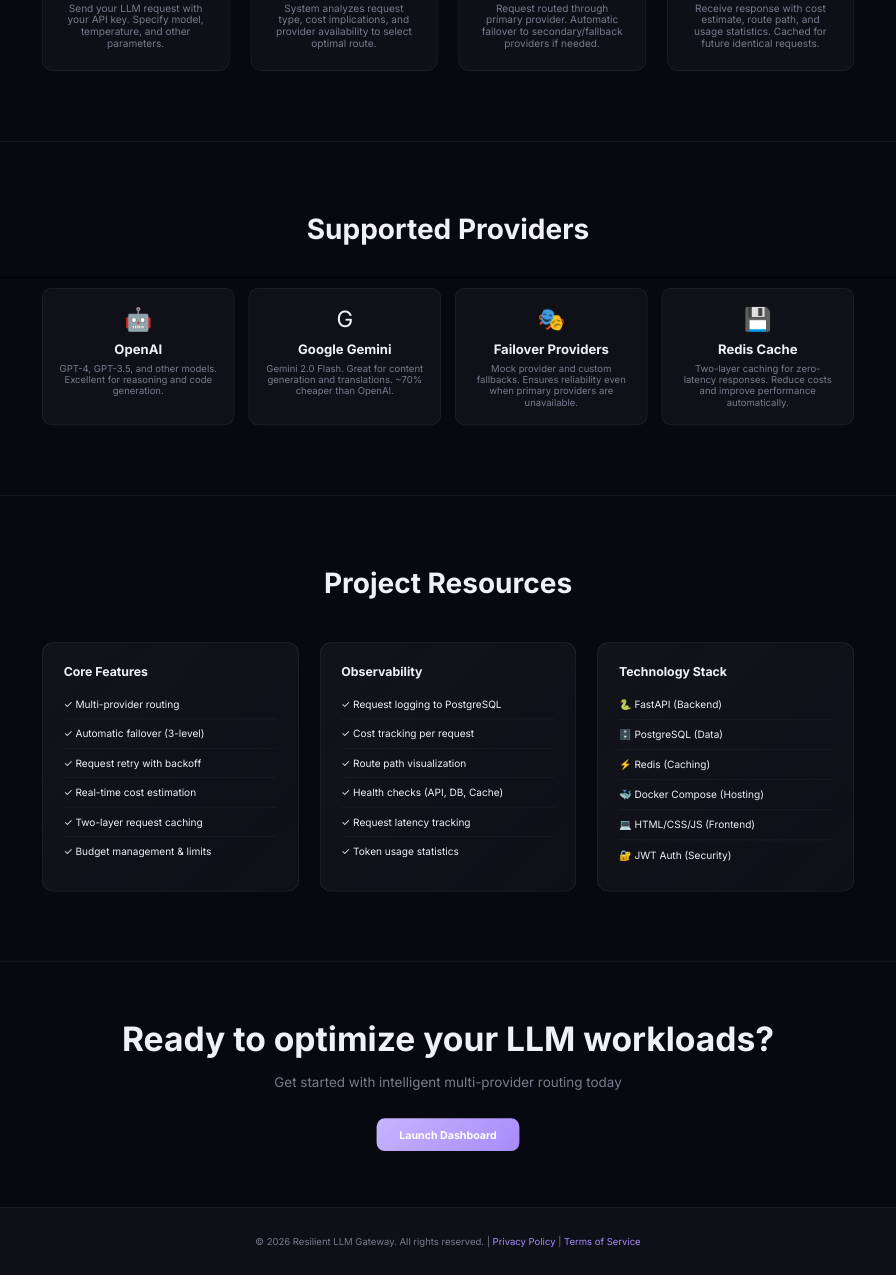
Repository: Poorna-Chandra-D/LLM-gateway
Page: app/landing.html
The author's editor kept a copy of each file at every save. The page is drawn from the files as they stood at one save, then again after the next save.
The browser window is 1280 px wide. The pictures show the part of the page from y = 2509 to 4429 px (the page is 4330 px tall before and 4429 px after), at 70% of full size.

Above is the page before, as saved 2026-04-04 22:05:45.

### app/landing.html
<!DOCTYPE html>
<html lang="en">
<head>
    <meta charset="UTF-8">
    <meta name="viewport" content="width=device-width, initial-scale=1.0">
    <title>Resilient LLM Gateway - Multi-Provider LLM Routing</title>
    <link rel="preconnect" href="https://fonts.googleapis.com">
    <link rel="preconnect" href="https://fonts.gstatic.com" crossorigin>
    <link href="https://fonts.googleapis.com/css2?family=Inter:wght@400;500;600;700&display=swap" rel="stylesheet">
    <style>
        :root {
            --bg-color: #080810;
            --panel-bg: #0f0f17;
            --card-bg: #16161f;
            --border-color: rgba(255,255,255,0.08);
            --text-main: #f0f0f8;
            --text-muted: #7a7a8e;
            --text-dim: #4a4a5e;
            --accent: #a78bfa;
            --accent-glow: rgba(167,139,250,0.2);
            --accent-bright: #c4b5fd;
            --success: #10b981;
            --warning: #f59e0b;
            --error: #ef4444;
        }

        * {
            box-sizing: border-box;
            margin: 0;
            padding: 0;
        }

        body {
            font-family: 'Inter', -apple-system, BlinkMacSystemFont, "Segoe UI", Roboto, sans-serif;
            background-color: var(--bg-color);
            color: var(--text-main);
            overflow-x: hidden;
        }

        /* ═══════════ NAVIGATION ═══════════ */
        nav {
            display: flex;
            align-items: center;
            justify-content: space-between;
            padding: 20px 60px;
            background: linear-gradient(180deg, rgba(8,8,16,0.95) 0%, rgba(15,15,23,0.8) 100%);
            border-bottom: 1px solid var(--border-color);
            backdrop-filter: blur(20px);
            position: sticky;
            top: 0;
            z-index: 100;
        }

        .nav-brand {
            display: flex;
            align-items: center;
            gap: 12px;
            font-size: 1.3rem;
            font-weight: 700;
        }

        .nav-brand-icon {
            width: 36px;
            height: 36px;
            background: linear-gradient(135deg, var(--accent), #8b5cf6);
            border-radius: 10px;
            display: flex;
            align-items: center;
            justify-content: center;
            font-size: 18px;
            color: white;
        }

        .nav-links {
            display: flex;
            gap: 40px;
            align-items: center;
        }

        .nav-links a {
            color: var(--text-muted);
            text-decoration: none;
            font-size: 0.95rem;
            transition: color 0.3s;
        }

        .nav-links a:hover {
            color: var(--accent);
        }

        .nav-btn {
            padding: 10px 24px;
            background: linear-gradient(135deg, var(--accent), #8b5cf6);
            color: white;
            border: none;
            border-radius: 10px;
            font-weight: 600;
            font-size: 0.9rem;
            cursor: pointer;
            transition: all 0.3s;
        }

        .nav-btn:hover {
            transform: translateY(-2px);
            box-shadow: 0 8px 24px rgba(167,139,250,0.3);
        }

        /* ═══════════ HERO SECTION ═══════════ */
        .hero {
            padding: 120px 60px;
            text-align: center;
            background: linear-gradient(180deg, rgba(8,8,16,1) 0%, rgba(15,15,23,0.9) 50%, rgba(22,22,40,0.5) 100%);
            border-bottom: 1px solid var(--border-color);
        }

        .hero-badge {
            display: inline-block;
            padding: 8px 16px;
            background: rgba(167,139,250,0.1);
            border: 1px solid rgba(167,139,250,0.3);
            border-radius: 20px;
            font-size: 0.8rem;
            color: var(--accent);
            font-weight: 600;
            text-transform: uppercase;
            letter-spacing: 0.5px;
            margin-bottom: 24px;
        }

        .hero h1 {
            font-size: 4rem;
            font-weight: 700;
            margin-bottom: 20px;
            max-width: 900px;
            margin-left: auto;
            margin-right: auto;
            line-height: 1.2;
        }

        .hero h1 span {
            background: linear-gradient(135deg, var(--accent-bright), var(--accent));
            -webkit-background-clip: text;
            -webkit-text-fill-color: transparent;
            background-clip: text;
        }

        .hero p {
            font-size: 1.3rem;
            color: var(--text-muted);
            max-width: 700px;
            margin: 0 auto 40px;
            line-height: 1.7;
        }

        .hero-cta {
            display: flex;
            gap: 16px;
            justify-content: center;
            margin-bottom: 60px;
        }

        .btn-primary {
            padding: 14px 32px;
            background: linear-gradient(135deg, var(--accent-bright), var(--accent));
            color: white;
            border: none;
            border-radius: 12px;
            font-weight: 700;
            font-size: 0.95rem;
            cursor: pointer;
            transition: all 0.3s;
            text-decoration: none;
            display: inline-block;
        }

        .btn-primary:hover {
            transform: translateY(-2px);
            box-shadow: 0 12px 32px rgba(167,139,250,0.4);
        }

        .btn-secondary {
            padding: 14px 32px;
            background: transparent;
            color: var(--accent);
            border: 1px solid var(--accent);
            border-radius: 12px;
            font-weight: 700;
            font-size: 0.95rem;
            cursor: pointer;
            transition: all 0.3s;
            text-decoration: none;
            display: inline-block;
        }

        .btn-secondary:hover {
            background: rgba(167,139,250,0.1);
            transform: translateY(-2px);
        }

        .hero-image {
            max-width: 1000px;
            margin: 0 auto;
            padding: 20px;
            background: linear-gradient(135deg, rgba(167,139,250,0.05) 0%, rgba(59,130,246,0.02) 100%);
            border: 1px solid var(--border-color);
            border-radius: 20px;
            height: 400px;
            display: flex;
            align-items: center;
            justify-content: center;
            color: var(--text-muted);
        }

        /* ═══════════ FEATURES SECTION ═══════════ */
        .section {
            padding: 100px 60px;
            border-bottom: 1px solid var(--border-color);
        }

        .section-title {
            font-size: 2.5rem;
            font-weight: 700;
            text-align: center;
            margin-bottom: 60px;
            max-width: 800px;
            margin-left: auto;
            margin-right: auto;
        }

        .features-grid {
            display: grid;
            grid-template-columns: repeat(auto-fit, minmax(300px, 1fr));
            gap: 30px;
            max-width: 1200px;
            margin: 0 auto;
        }

        .feature-card {
            padding: 30px;
            background: linear-gradient(135deg, rgba(22,22,31,0.8) 0%, rgba(20,20,30,0.6) 100%);
            border: 1px solid rgba(167,139,250,0.15);
            border-radius: 16px;
            transition: all 0.3s cubic-bezier(0.16, 1, 0.3, 1);
        }

        .feature-card:hover {
            border-color: rgba(167,139,250,0.3);
            transform: translateY(-6px);
            box-shadow: 0 12px 32px rgba(167,139,250,0.15);
        }

        .feature-icon {
            font-size: 2.5rem;
            margin-bottom: 16px;
        }

        .feature-card h3 {
            font-size: 1.2rem;
            margin-bottom: 12px;
        }

        .feature-card p {
            color: var(--text-muted);
            line-height: 1.6;
            font-size: 0.95rem;
        }

        /* ═══════════ HOW IT WORKS ═══════════ */
        .how-it-works {
            max-width: 1200px;
            margin: 0 auto;
        }

        .steps {
            display: grid;
            grid-template-columns: repeat(auto-fit, minmax(250px, 1fr));
            gap: 30px;
            margin-top: 60px;
        }

        .step {
            position: relative;
            padding: 30px;
            background: rgba(22,22,31,0.5);
            border: 1px solid var(--border-color);
            border-radius: 16px;
            text-align: center;
        }

        .step-number {
            display: inline-flex;
            align-items: center;
            justify-content: center;
            width: 50px;
            height: 50px;
            background: linear-gradient(135deg, var(--accent), #8b5cf6);
            border-radius: 50%;
            font-weight: 700;
            margin-bottom: 20px;
            color: white;
        }

        .step h3 {
            margin-bottom: 12px;
        }

        .step p {
            color: var(--text-muted);
            font-size: 0.9rem;
        }

        /* ═══════════ PROVIDERS SECTION ═══════════ */
        .providers-grid {
            display: grid;
            grid-template-columns: repeat(auto-fit, minmax(200px, 1fr));
            gap: 20px;
            max-width: 1200px;
            margin: 0 auto;
        }

        .provider-card {
            padding: 24px;
            background: rgba(22,22,31,0.6);
            border: 1px solid var(--border-color);
            border-radius: 14px;
            text-align: center;
            transition: all 0.3s;
        }

        .provider-card:hover {
            border-color: var(--accent);
            background: rgba(22,22,31,0.8);
        }

        .provider-icon {
            font-size: 2rem;
            margin-bottom: 12px;
        }

        .provider-card h3 {
            margin-bottom: 8px;
        }

        .provider-card p {
            font-size: 0.85rem;
            color: var(--text-muted);
        }

        /* ═══════════ RESOURCES SECTION ═══════════ */
        .resources-grid {
            display: grid;
            grid-template-columns: repeat(auto-fit, minmax(280px, 1fr));
            gap: 30px;
            max-width: 1200px;
            margin: 0 auto;
        }

        .resource-card {
            padding: 30px;
            background: linear-gradient(135deg, rgba(22,22,31,0.8) 0%, rgba(20,20,30,0.6) 100%);
            border: 1px solid var(--border-color);
            border-radius: 16px;
        }

        .resource-card h3 {
            font-size: 1.1rem;
            margin-bottom: 16px;
        }

        .resource-item {
            padding: 12px 0;
            border-bottom: 1px solid rgba(255,255,255,0.05);
            font-size: 0.9rem;
        }

        .resource-item:last-child {
            border-bottom: none;
        }

        .resource-item a {
            color: var(--accent);
            text-decoration: none;
            transition: color 0.3s;
        }

        .resource-item a:hover {
            color: var(--accent-bright);
        }

        /* ═══════════ CTA SECTION ═══════════ */
        .cta-section {
            text-align: center;
            padding: 80px 60px;
        }

        .cta-section h2 {
            font-size: 3rem;
            margin-bottom: 20px;
        }

        .cta-section p {
            font-size: 1.2rem;
            color: var(--text-muted);
            margin-bottom: 40px;
        }

        /* ═══════════ FOOTER ═══════════ */
        footer {
            padding: 40px 60px;
            background: var(--panel-bg);
            border-top: 1px solid var(--border-color);
            text-align: center;
            color: var(--text-muted);
            font-size: 0.85rem;
        }

        @media (max-width: 768px) {
            nav {
                padding: 16px 24px;
                flex-direction: column;
                gap: 16px;
            }

            .nav-links {
                gap: 20px;
                flex-direction: column;
                text-align: center;
            }

            .hero, .section {
                padding: 60px 24px;
            }

            .hero h1 {
                font-size: 2.5rem;
            }

            .hero p {
                font-size: 1rem;
            }

            .section-title {
                font-size: 2rem;
            }

            .hero-cta {
                flex-direction: column;
                width: 100%;
            }

            .btn-primary, .btn-secondary {
                width: 100%;
            }
        }
    </style>
</head>
<body>
    <!-- Navigation -->
    <nav>
        <div class="nav-brand">
            <div class="nav-brand-icon">⚡</div>
            <span>LLM Gateway</span>
        </div>
        <div class="nav-links">
            <a href="#features">Features</a>
            <a href="#providers">Providers</a>
            <a href="#resources">Resources</a>
            <a href="/login" class="nav-btn">Sign In</a>
        </div>
    </nav>

    <!-- Hero Section -->
    <section class="hero">
        <div class="hero-badge">The modern LLM platform</div>
        <h1>Intelligent <span>multi-provider</span> LLM routing</h1>
        <p>Ship AI applications with automatic failover, cost optimization, and built-in intelligence. Route requests across OpenAI, Gemini, and fallback providers seamlessly.</p>
        <div class="hero-cta">
            <a href="/login" class="btn-primary">Get Started</a>
            <a href="#features" class="btn-secondary">Learn More</a>
        </div>
        <div class="hero-image">
            🚀 Dashboard Preview Coming Soon
        </div>
    </section>

    <!-- Features Section -->
    <section class="section" id="features">
        <h2 class="section-title">Our Complete Platform</h2>
        <div class="features-grid">
            <div class="feature-card">
                <div class="feature-icon">🔀</div>
                <h3>Smart Routing</h3>
                <p>Intelligent provider selection based on task type, cost, and provider health. Automatic failover when primary provider fails.</p>
            </div>
            <div class="feature-card">
                <div class="feature-icon">💰</div>
                <h3>Cost Optimization</h3>
                <p>Real-time cost estimation across all providers. Monitor spending with detailed cost breakdowns and budget controls.</p>
            </div>
            <div class="feature-card">
                <div class="feature-icon">⚡</div>
                <h3>Request Caching</h3>
                <p>Two-layer caching system: exact match and prompt-level. Reduce latency and costs through intelligent cache hits.</p>
            </div>
            <div class="feature-card">
                <div class="feature-icon">📊</div>
                <h3>Observability</h3>
                <p>Complete request tracking, health monitoring, and analytics. Understand provider performance and costs in real-time.</p>
            </div>
            <div class="feature-card">
                <div class="feature-icon">🛡️</div>
                <h3>Budget Management</h3>
                <p>Set monthly budgets per provider with warning thresholds. Prevent unexpected costs with hard limits and alerts.</p>
            </div>
            <div class="feature-card">
                <div class="feature-icon">🔑</div>
                <h3>API Key Management</h3>
                <p>Secure authentication with API keys. Track usage per key and manage access control at the application level.</p>
            </div>
        </div>
        <div style="text-align: center; margin-top: 50px;">
            <a href="/features" class="btn-secondary">Explore All Features →</a>
        </div>
    </section>

    <!-- How It Works Section -->
    <section class="section">
        <h2 class="section-title">How It Works</h2>
        <div class="how-it-works">
            <div class="steps">
                <div class="step">
                    <div class="step-number">1</div>
                    <h3>Send Request</h3>
                    <p>Send your LLM request with your API key. Specify model, temperature, and other parameters.</p>
                </div>
                <div class="step">
                    <div class="step-number">2</div>
                    <h3>Smart Analysis</h3>
                    <p>System analyzes request type, cost implications, and provider availability to select optimal route.</p>
                </div>
                <div class="step">
                    <div class="step-number">3</div>
                    <h3>Route Request</h3>
                    <p>Request routed through primary provider. Automatic failover to secondary/fallback providers if needed.</p>
                </div>
                <div class="step">
                    <div class="step-number">4</div>
                    <h3>Get Response</h3>
                    <p>Receive response with cost estimate, route path, and usage statistics. Cached for future identical requests.</p>
                </div>
            </div>
        </div>
    </section>

    <!-- Providers Section -->
    <section class="section" id="providers">
        <h2 class="section-title">Supported Providers</h2>
        <div class="providers-grid">
            <div class="provider-card">
                <div class="provider-icon">🤖</div>
                <h3>OpenAI</h3>
                <p>GPT-4, GPT-3.5, and other models. Excellent for reasoning and code generation.</p>
            </div>
            <div class="provider-card">
                <div class="provider-icon">G</div>
                <h3>Google Gemini</h3>
                <p>Gemini 2.0 Flash. Great for content generation and translations. ~70% cheaper than OpenAI.</p>
            </div>
            <div class="provider-card">
                <div class="provider-icon">🎭</div>
                <h3>Failover Providers</h3>
                <p>Mock provider and custom fallbacks. Ensures reliability even when primary providers are unavailable.</p>
            </div>
            <div class="provider-card">
                <div class="provider-icon">💾</div>
                <h3>Redis Cache</h3>
                <p>Two-layer caching for zero-latency responses. Reduce costs and improve performance automatically.</p>
            </div>
        </div>
    </section>

    <!-- Resources Section -->
    <section class="section" id="resources">
        <h2 class="section-title">Project Resources</h2>
        <div class="resources-grid">
            <div class="resource-card">
                <h3>Core Features</h3>
                <div class="resource-item">✓ Multi-provider routing</div>
                <div class="resource-item">✓ Automatic failover (3-level)</div>
                <div class="resource-item">✓ Request retry with backoff</div>
                <div class="resource-item">✓ Real-time cost estimation</div>
                <div class="resource-item">✓ Two-layer request caching</div>
                <div class="resource-item">✓ Budget management & limits</div>
            </div>
            <div class="resource-card">
                <h3>Observability</h3>
                <div class="resource-item">✓ Request logging to PostgreSQL</div>
                <div class="resource-item">✓ Cost tracking per request</div>
                <div class="resource-item">✓ Route path visualization</div>
                <div class="resource-item">✓ Health checks (API, DB, Cache)</div>
                <div class="resource-item">✓ Request latency tracking</div>
                <div class="resource-item">✓ Token usage statistics</div>
            </div>
            <div class="resource-card">
                <h3>Technology Stack</h3>
                <div class="resource-item">🐍 FastAPI (Backend)</div>
                <div class="resource-item">🗄️ PostgreSQL (Data)</div>
                <div class="resource-item">⚡ Redis (Caching)</div>
                <div class="resource-item">🐳 Docker Compose (Hosting)</div>
                <div class="resource-item">💻 HTML/CSS/JS (Frontend)</div>
                <div class="resource-item">🔐 JWT Auth (Security)</div>
            </div>
        </div>
    </section>

    <!-- CTA Section -->
    <section class="cta-section">
        <h2>Ready to optimize your LLM workloads?</h2>
        <p>Get started with intelligent multi-provider routing today</p>
        <a href="/login" class="btn-primary">Launch Dashboard</a>
    </section>

    <!-- Footer -->
    <footer>
        <p>© 2026 Resilient LLM Gateway. All rights reserved. | <a href="#" style="color: var(--accent); text-decoration: none;">Privacy Policy</a> | <a href="#" style="color: var(--accent); text-decoration: none;">Terms of Service</a></p>
    </footer>
</body>
</html>

After the next save:
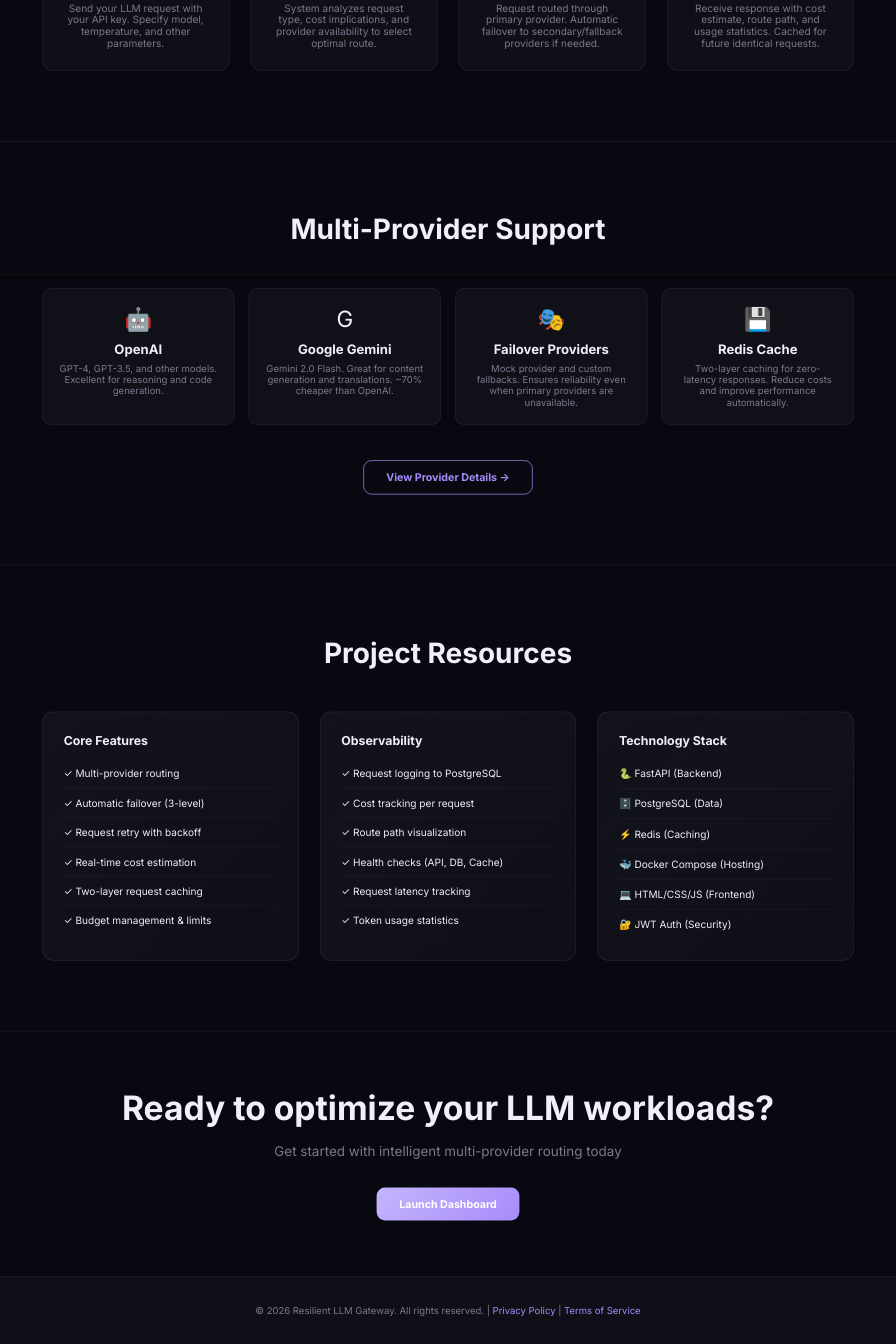
Saved 7 s later.
--- a/app/landing.html
+++ b/app/landing.html
@@ -554,7 +554,7 @@
 
     <!-- Providers Section -->
     <section class="section" id="providers">
-        <h2 class="section-title">Supported Providers</h2>
+        <h2 class="section-title">Multi-Provider Support</h2>
         <div class="providers-grid">
             <div class="provider-card">
                 <div class="provider-icon">🤖</div>
@@ -576,6 +576,9 @@
                 <h3>Redis Cache</h3>
                 <p>Two-layer caching for zero-latency responses. Reduce costs and improve performance automatically.</p>
             </div>
+        </div>
+        <div style="text-align: center; margin-top: 50px;">
+            <a href="/providers" class="btn-secondary">View Provider Details →</a>
         </div>
     </section>
 
